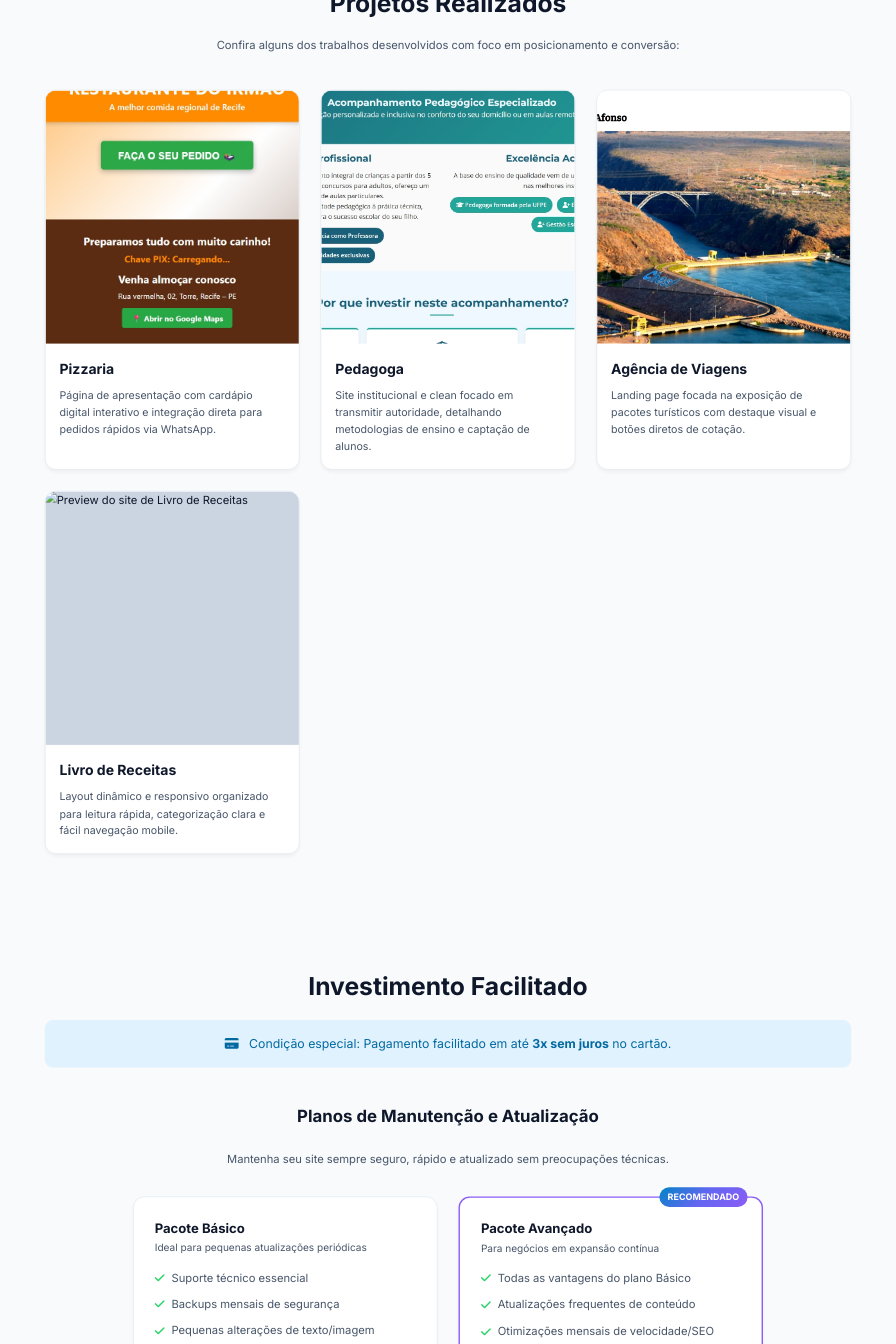
Repository: JeffRodFer/meuPortifolio
Page: index.html
The author's editor kept a copy of each file at every save. The page is drawn from the files as they stood at one save, then again after a run of saves.
The browser window is 1280 px wide. The pictures show the part of the page from y = 1873 to 3793 px (the page is 4400 px tall), at 70% of full size.

Above is the page before, as saved 2026-09-07 02:52:39.
Not found: img/projeto-mario_luigi.jpeg

### index.html
<!DOCTYPE html>
<html lang="pt-BR">
<head>
  <meta charset="UTF-8">
  <meta name="viewport" content="width=device-width, initial-scale=1.0">
  <title>Desenvolvedor Web | Soluções Digitais para Negócios Locais</title>

  <link rel="preconnect" href="https://fonts.googleapis.com">
  <link rel="preconnect" href="https://fonts.gstatic.com" crossorigin>
  <link href="https://fonts.googleapis.com/css2?family=Inter:wght@300;400;600;700;800&display=swap" rel="stylesheet">

  <link rel="stylesheet" href="https://cdnjs.cloudflare.com/ajax/libs/font-awesome/6.4.0/css/all.min.css">

  <link rel="stylesheet" href="style.css">
</head>
<body>

  <header class="header">
    <div class="container header-container">
      <div class="logo">
        <span class="developer-name">Jefferson Ferreira</span>
      </div>

      <nav class="social-nav">
        <a href="https://instagram.com" target="_blank" aria-label="Instagram"><i class="fab fa-instagram"></i></a>
        <a href="https://linkedin.com" target="_blank" aria-label="LinkedIn"><i class="fab fa-linkedin-in"></i></a>
        <a href="https://github.com" target="_blank" aria-label="GitHub"><i class="fab fa-github"></i></a>
        <a href="https://wa.me/55818986210449" target="_blank" aria-label="WhatsApp"><i class="fab fa-whatsapp"></i></a>
      </nav>
    </div>

    <section class="hero container">
      <h1 class="hero-title">Desenvolvedor Web Freelancer</h1>
      <p class="hero-subtitle">
        Criação de páginas profissionais e estratégicas para promover, valorizar e alavancar os resultados do seu negócio local.
      </p>

      <div class="cta-wrapper">
        <a href="https://wa.me/55818986210449" target="_blank" class="btn btn-primary">
          <i class="fab fa-whatsapp"></i> Fale Comigo no WhatsApp
        </a>
      </div>
    </section>
  </header>

  <section class="section about-section" id="sobre">
    <div class="container">
      <h2 class="section-title">Sobre Mim & Compromisso Profissional</h2>
      <p class="about-text">
        Atuo no desenvolvimento de sites focados em performance, design moderno e otimização para motores de busca (Google). Meu objetivo principal não é apenas entregar um site bonito, mas criar uma ferramenta de vendas eficiente que passe credibilidade, respeite prazos rígidos e traga retorno financeiro real para o seu comércio ou prestação de serviço.
      </p>

      <h3 class="subsection-title">Certificações e Qualificações</h3>
      <div class="certificates-grid">
        <div class="card certificate-card">
          <i class="fas fa-award card-icon"></i>
          <h4>Certificado 1</h4>
          <p>Formação em Análise e Desenvolvimento de Sistemas Senac.</p>
        </div>
        <div class="card certificate-card">
          <i class="fas fa-award card-icon"></i>
          <h4>Certificado 2</h4>
          <p>Otimização de Páginas, Performace para web Rocketseat.</p>
        </div>
        <div class="card certificate-card">
          <i class="fas fa-award card-icon"></i>
          <h4>Certificado 3</h4>
          <p>Boas Práticas em HTML5, CSS3 Avançado e JavaScript Moderno no DevClub.</p>
        </div>
      </div>
    </div>
  </section>

  <section class="section benefits-section">
    <div class="container">
      <h2 class="section-title">Por que seu negócio precisa de um site próprio?</h2>
      <p class="section-intro">
        Redes sociais como Instagram e TikTok são ótimas para atrair a atenção inicial, mas é o <strong>site próprio</strong> que transmite autoridade, passa segurança e fecha a venda. Na rede social você aluga um espaço; no seu site, você é dono do seu terreno.
      </p>

      <div class="benefits-grid">
        <div class="card benefit-card">
          <div class="benefit-number">01</div>
          <h3>Visibilidade Local 24/7</h3>
          <p>Seu negócio é encontrado no Google exatamente no momento em que os clientes da sua região pesquisam pelo seu produto ou serviço.</p>
        </div>
        <div class="card benefit-card">
          <div class="benefit-number">02</div>
          <h3>Credibilidade e Profissionalismo</h3>
          <p>Uma empresa com site oficial transmite mais confiança e maturidade comercial do que concorrentes que dependem apenas de perfis sociais.</p>
        </div>
        <div class="card benefit-card">
          <div class="benefit-number">03</div>
          <h3>Canal Direto de Vendas</h3>
          <p>Facilite o agendamento de atendimentos, pedidos e consultas sem depender de intermediários ou taxas de plataformas terceiras.</p>
        </div>
      </div>
    </div>
  </section>

  <section class="section portfolio-section" id="portfolio">
    <div class="container">
      <h2 class="section-title">Projetos Realizados</h2>
      <p class="section-subtitle">Confira alguns dos trabalhos desenvolvidos com foco em posicionamento e conversão:</p>

      <div class="portfolio-grid">

        <article class="portfolio-card">
          <div class="thumb-wrapper">
            <img src="img/restaurante.jpeg" alt="Preview do site de Pizzaria" class="portfolio-thumb" loading="lazy">
          </div>
          <div class="portfolio-info">
            <h3>Pizzaria</h3>
            <p>Página de apresentação com cardápio digital interativo e integração direta para pedidos rápidos via WhatsApp.</p>
          </div>
        </article>

        <article class="portfolio-card">
          <div class="thumb-wrapper">
            <img src="img/pedagoga.jpeg" alt="Preview do site de Pedagoga" class="portfolio-thumb" loading="lazy">
          </div>
          <div class="portfolio-info">
            <h3>Pedagoga</h3>
            <p>Site institucional e clean focado em transmitir autoridade, detalhando metodologias de ensino e captação de alunos.</p>
          </div>
        </article>

        <article class="portfolio-card">
          <div class="thumb-wrapper">
            <img src="img/pauloAfonso.jpeg" alt="Preview do site de Agência de Viagens" class="portfolio-thumb" loading="lazy">
          </div>
          <div class="portfolio-info">
            <h3>Agência de Viagens</h3>
            <p>Landing page focada na exposição de pacotes turísticos com destaque visual e botões diretos de cotação.</p>
          </div>
        </article>

        <article class="portfolio-card">
          <div class="thumb-wrapper">
            <img src="img/projeto-mario_luigi.jpeg" alt="Preview do site de Livro de Receitas" class="portfolio-thumb" loading="lazy">
          </div>
          <div class="portfolio-info">
            <h3>Livro de Receitas</h3>
            <p>Layout dinâmico e responsivo organizado para leitura rápida, categorização clara e fácil navegação mobile.</p>
          </div>
        </article>

      </div>
    </div>
  </section>

  <section class="section pricing-section">
    <div class="container">
      <h2 class="section-title">Investimento Facilitado</h2>

      <div class="payment-highlight">
        <i class="fas fa-credit-card"></i>
        <span>Condição especial: Pagamento facilitado em até <strong>3x sem juros</strong> no cartão.</span>
      </div>

      <h3 class="subsection-title">Planos de Manutenção e Atualização</h3>
      <p class="pricing-intro">Mantenha seu site sempre seguro, rápido e atualizado sem preocupações técnicas.</p>

      <div class="pricing-grid">
        <div class="card pricing-card">
          <h3>Pacote Básico</h3>
          <p class="plan-subtitle">Ideal para pequenas atualizações periódicas</p>
          <ul class="plan-features">
            <li><i class="fas fa-check"></i> Suporte técnico essencial</li>
            <li><i class="fas fa-check"></i> Backups mensais de segurança</li>
            <li><i class="fas fa-check"></i> Pequenas alterações de texto/imagem</li>
            <li><i class="fas fa-check"></i> Monitoramento de estabilidade</li>
          </ul>
          <a href="https://wa.me/55818986210449?text=Olá,%20tenho%20interesse%20no%20Pacote%20Básico" target="_blank" class="btn btn-secondary">Contratar Básico</a>
        </div>

        <div class="card pricing-card featured-plan">
          <div class="badge">Recomendado</div>
          <h3>Pacote Avançado</h3>
          <p class="plan-subtitle">Para negócios em expansão contínua</p>
          <ul class="plan-features">
            <li><i class="fas fa-check"></i> Todas as vantagens do plano Básico</li>
            <li><i class="fas fa-check"></i> Atualizações frequentes de conteúdo</li>
            <li><i class="fas fa-check"></i> Otimizações mensais de velocidade/SEO</li>
            <li><i class="fas fa-check"></i> Atendimento e suporte prioritário</li>
          </ul>
          <a href="https://wa.me/55818986210449?text=Olá,%20tenho%20interesse%20no%20Pacote%20Avançado" target="_blank" class="btn btn-primary">Contratar Avançado</a>
        </div>
      </div>
    </div>
  </section>

  <footer class="footer">
    <div class="container footer-container">
      <div class="footer-stat">
        <blockquote class="stat-quote">
          "Mais de 80% dos consumidores pesquisam no Google antes de realizar uma compra em um negócio local. Não ter um site é deixar clientes nas mãos dos concorrentes."
        </blockquote>
      </div>

      <div class="footer-contact">
        <p><strong>Contato Direto:</strong></p>
        <p><i class="fab fa-whatsapp"></i> WhatsApp: +55 81 8986210449</p>
      </div>

      <div class="footer-bottom">
        <p>&copy; 2026 Todos os direitos reservados. Desenvolvimento Web de Alta Performance.</p>
      </div>
    </div>
  </footer>

  <a href="https://wa.me/55818986210449" target="_blank" class="whatsapp-float" aria-label="Contato via WhatsApp">
    <i class="fab fa-whatsapp"></i>
  </a>

  <script src="script.js"></script>
</body>
</html>

### style.css
/* ==========================================================================
   RESET E VARIÁVEIS DE DESIGN
   ========================================================================== */
:root {
  /* Cores Principais (Gradiente Moderno: Navy, Roxo e Ciano) */
  --bg-dark: #0a0f1d;
  --bg-card-dark: #131b2e;
  --bg-light: #f8fafc;
  --text-dark: #0f172a;
  --text-muted: #475569;
  --text-light: #f8fafc;

  --primary-gradient: linear-gradient(135deg, #0284c7 0%, #6366f1 50%, #8b5cf6 100%);
  --accent-cyan: #06b6d4;
  --accent-purple: #8b5cf6;
  --whatsapp-color: #25d366;

  /* Sombra e Transições */
  --shadow-sm: 0 4px 6px -1px rgba(0, 0, 0, 0.05);
  --shadow-md: 0 10px 15px -3px rgba(0, 0, 0, 0.1);
  --shadow-lg: 0 20px 25px -5px rgba(0, 0, 0, 0.15);
  --transition: all 0.3s ease;
}

* {
  margin: 0;
  padding: 0;
  box-sizing: border-box;
}

html {
  scroll-behavior: smooth;
  font-family: 'Inter', sans-serif;
  background-color: var(--bg-light);
  color: var(--text-dark);
  line-height: 1.6;
}

.container {
  width: 90%;
  max-width: 1200px;
  margin: 0 auto;
}

.section {
  padding: 80px 0;
}

/* ==========================================================================
   CABEÇALHO & HERO
   ========================================================================== */
.header {
  background: var(--bg-dark);
  color: var(--text-light);
  padding: 30px 0 80px 0;
  position: relative;
  overflow: hidden;
}

.header-container {
  display: flex;
  justify-content: space-between;
  align-items: center;
  margin-bottom: 60px;
}

.developer-name {
  font-size: 1.25rem;
  font-weight: 800;
  letter-spacing: 1px;
  background: var(--primary-gradient);
  -webkit-background-clip: text;
  -webkit-text-fill-color: transparent;
}

.social-nav a {
  color: var(--text-light);
  font-size: 1.3rem;
  margin-left: 20px;
  transition: var(--transition);
}

.social-nav a:hover {
  color: var(--accent-cyan);
  transform: translateY(-3px);
}

.hero {
  text-align: center;
  max-width: 800px;
}

.hero-title {
  font-size: 2.8rem;
  font-weight: 800;
  line-height: 1.2;
  margin-bottom: 20px;
}

.hero-subtitle {
  font-size: 1.2rem;
  color: #94a3b8;
  margin-bottom: 40px;
}

.cta-wrapper {
  display: flex;
  justify-content: center;
}

/* Botões */
.btn {
  display: inline-flex;
  align-items: center;
  gap: 10px;
  padding: 16px 32px;
  border-radius: 50px;
  font-weight: 700;
  text-decoration: none;
  transition: var(--transition);
  cursor: pointer;
  border: none;
}

.btn-primary {
  background: var(--primary-gradient);
  color: #fff;
  box-shadow: 0 10px 20px rgba(99, 102, 241, 0.3);
}

.btn-primary:hover {
  transform: translateY(-3px);
  box-shadow: 0 15px 25px rgba(99, 102, 241, 0.4);
}

.btn-secondary {
  background: transparent;
  border: 2px solid var(--accent-purple);
  color: var(--text-dark);
}

.btn-secondary:hover {
  background: var(--accent-purple);
  color: #fff;
}

/* ==========================================================================
   SEÇÃO SOBRE & CERTIFICADOS
   ========================================================================== */
.section-title {
  font-size: 2.2rem;
  font-weight: 700;
  text-align: center;
  margin-bottom: 20px;
}

.about-text {
  max-width: 800px;
  margin: 0 auto 50px auto;
  text-align: center;
  color: var(--text-muted);
  font-size: 1.1rem;
}

.subsection-title {
  font-size: 1.5rem;
  text-align: center;
  margin-bottom: 30px;
}

.certificates-grid {
  display: grid;
  grid-template-columns: repeat(auto-fit, minmax(280px, 1fr));
  gap: 25px;
}

.card {
  background: #ffffff;
  padding: 30px;
  border-radius: 16px;
  box-shadow: var(--shadow-sm);
  border: 1px solid #e2e8f0;
  transition: var(--transition);
}

.card:hover {
  transform: translateY(-5px);
  box-shadow: var(--shadow-md);
}

.certificate-card {
  text-align: center;
}

.card-icon {
  font-size: 2.5rem;
  color: var(--accent-purple);
  margin-bottom: 15px;
}

/* ==========================================================================
   MERCHAN & BENEFÍCIOS
   ========================================================================== */
.benefits-section {
  background: var(--bg-dark);
  color: var(--text-light);
}

.benefits-section .section-title {
  color: #fff;
}

.section-intro {
  text-align: center;
  max-width: 800px;
  margin: 0 auto 50px auto;
  color: #94a3b8;
}

.benefits-grid {
  display: grid;
  grid-template-columns: repeat(auto-fit, minmax(300px, 1fr));
  gap: 30px;
}

.benefit-card {
  background: var(--bg-card-dark);
  border: 1px solid #1e293b;
  position: relative;
}

.benefit-number {
  font-size: 2.5rem;
  font-weight: 800;
  background: var(--primary-gradient);
  -webkit-background-clip: text;
  -webkit-text-fill-color: transparent;
  margin-bottom: 10px;
}

.benefit-card h3 {
  color: #fff;
  margin-bottom: 15px;
}

.benefit-card p {
  color: #94a3b8;
}

/* ==========================================================================
   PORTFÓLIO (CSS GRID RESPONSIVO: 3 COLUNAS DESKTOP)
   ========================================================================== */
.portfolio-section {
  background: var(--bg-light);
}

.section-subtitle {
  text-align: center;
  color: var(--text-muted);
  margin-bottom: 50px;
}

.portfolio-grid {
  display: grid;
  grid-template-columns: repeat(3, 1fr); /* 3 Colunas no Desktop */
  gap: 30px;
}

.portfolio-card {
  background: #fff;
  border-radius: 16px;
  overflow: hidden;
  box-shadow: var(--shadow-sm);
  border: 1px solid #e2e8f0;
  transition: var(--transition);
}

.portfolio-card:hover {
  transform: translateY(-8px);
  box-shadow: var(--shadow-lg);
}

.thumb-wrapper {
  width: 100%;
  aspect-ratio: 1 / 1; /* Proporção 1:1 (Quadrada) */
  background: #cbd5e1;
  overflow: hidden;
}

.portfolio-thumb {
  width: 100%;
  height: 100%;
  object-fit: cover;
  transition: var(--transition);
}

.portfolio-card:hover .portfolio-thumb {
  transform: scale(1.05);
}

.portfolio-info {
  padding: 20px;
}

.portfolio-info h3 {
  font-size: 1.25rem;
  margin-bottom: 10px;
}

.portfolio-info p {
  color: var(--text-muted);
  font-size: 0.95rem;
}

/* ==========================================================================
   PREÇOS & MENSALIDADES
   ========================================================================== */
.payment-highlight {
  display: flex;
  align-items: center;
  justify-content: center;
  gap: 15px;
  background: #e0f2fe;
  color: #0369a1;
  padding: 20px;
  border-radius: 12px;
  font-size: 1.1rem;
  margin-bottom: 50px;
  text-align: center;
}

.pricing-intro {
  text-align: center;
  color: var(--text-muted);
  margin-bottom: 40px;
}

.pricing-grid {
  display: grid;
  grid-template-columns: repeat(auto-fit, minmax(300px, 1fr));
  gap: 30px;
  max-width: 900px;
  margin: 0 auto;
}

.pricing-card {
  position: relative;
  display: flex;
  flex-direction: column;
}

.featured-plan {
  border: 2px solid var(--accent-purple);
}

.badge {
  position: absolute;
  top: -15px;
  right: 20px;
  background: var(--primary-gradient);
  color: #fff;
  padding: 4px 12px;
  border-radius: 20px;
  font-size: 0.8rem;
  font-weight: 700;
  text-transform: uppercase;
}

.plan-subtitle {
  color: var(--text-muted);
  font-size: 0.9rem;
  margin-bottom: 20px;
}

.plan-features {
  list-style: none;
  margin-bottom: 30px;
  flex-grow: 1;
}

.plan-features li {
  margin-bottom: 12px;
  color: var(--text-muted);
  display: flex;
  align-items: center;
  gap: 10px;
}

.plan-features i {
  color: var(--whatsapp-color);
}

/* ==========================================================================
   RODAPÉ
   ========================================================================== */
.footer {
  background: var(--bg-dark);
  color: var(--text-light);
  padding: 60px 0 30px 0;
  text-align: center;
}

.stat-quote {
  font-size: 1.2rem;
  font-style: italic;
  max-width: 800px;
  margin: 0 auto 40px auto;
  color: #94a3b8;
  border-left: 4px solid var(--accent-cyan);
  padding-left: 20px;
  text-align: left;
}

.footer-contact {
  margin-bottom: 40px;
  font-size: 1.1rem;
}

.footer-bottom {
  border-top: 1px solid #1e293b;
  padding-top: 20px;
  font-size: 0.85rem;
  color: #64748b;
}

/* ==========================================================================
   BOTÃO FLUTUANTE WHATSAPP (CANTO INFERIOR DIREITO)
   ========================================================================== */
.whatsapp-float {
  position: fixed;
  bottom: 25px;
  right: 25px;
  width: 60px;
  height: 60px;
  background-color: var(--whatsapp-color);
  color: #fff;
  border-radius: 50%;
  display: flex;
  align-items: center;
  justify-content: center;
  font-size: 32px;
  box-shadow: 0 10px 20px rgba(0, 0, 0, 0.2);
  z-index: 999; /* Configurado para ficar acima, mas sem ocultar a leitura central */
  transition: var(--transition);
  text-decoration: none;
}

.whatsapp-float:hover {
  transform: scale(1.1);
  box-shadow: 0 15px 25px rgba(37, 211, 102, 0.4);
}

/* ==========================================================================
   RESPONSIVIDADE (MOBILE-FIRST BREAKPOINTS)
   ========================================================================== */
@media (max-width: 992px) {
  .portfolio-grid {
    grid-template-columns: repeat(2, 1fr); /* 2 Colunas em Tablets */
  }
}

@media (max-width: 768px) {
  .hero-title {
    font-size: 2rem;
  }

  .portfolio-grid {
    grid-template-columns: 1fr; /* 1 Coluna em Dispositivos Móveis */
  }

  .header-container {
    flex-direction: column;
    gap: 20px;
  }

  .stat-quote {
    text-align: center;
    border-left: none;
    padding-left: 0;
  }
}

### script.js
document.addEventListener('DOMContentLoaded', () => {
  // Efeito suave de rolagem (Smooth Scroll) para links internos
  const internalLinks = document.querySelectorAll('a[href^="#"]');

  internalLinks.forEach(link => {
    link.addEventListener('click', function (e) {
      e.preventDefault();
      const targetId = this.getAttribute('href');
      const targetElement = document.querySelector(targetId);

      if (targetElement) {
        targetElement.scrollIntoView({
          behavior: 'smooth',
          block: 'start'
        });
      }
    });
  });

  // Animação sutil de entrada ao rolar a página (Intersection Observer)
  const observerOptions = {
    threshold: 0.1
  };

  const observer = new IntersectionObserver((entries) => {
    entries.forEach(entry => {
      if (entry.isIntersecting) {
        entry.target.style.opacity = '1';
        entry.target.style.transform = 'translateY(0)';
      }
    });
  }, observerOptions);

  // Aplica opacidade e transição para os cards
  const cards = document.querySelectorAll('.card, .portfolio-card');
  cards.forEach(card => {
    card.style.opacity = '0';
    card.style.transform = 'translateY(20px)';
    card.style.transition = 'opacity 0.6s ease, transform 0.6s ease';
    observer.observe(card);
  });
});

After the next 2 saves:
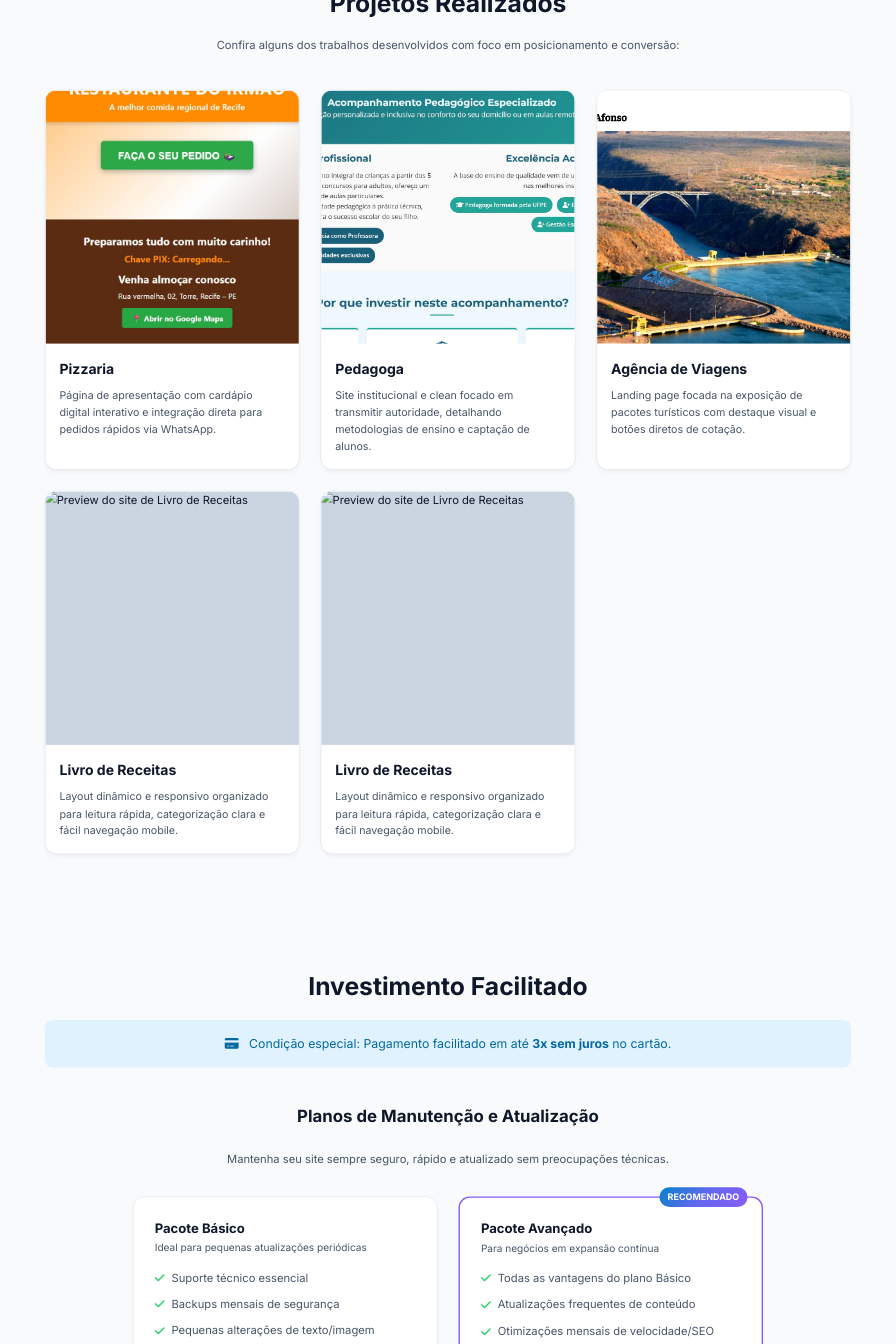
The 2 saves are shown as one change because they came seconds apart.
The last was saved 29 s later.
--- a/index.html
+++ b/index.html
@@ -132,6 +132,16 @@
           <div class="portfolio-info">
             <h3>Agência de Viagens</h3>
             <p>Landing page focada na exposição de pacotes turísticos com destaque visual e botões diretos de cotação.</p>
+          </div>
+        </article>
+
+        <article class="portfolio-card">
+          <div class="thumb-wrapper">
+            <img src="img/projeto-mario_luigi.jpeg" alt="Preview do site de Livro de Receitas" class="portfolio-thumb" loading="lazy">
+          </div>
+          <div class="portfolio-info">
+            <h3>Livro de Receitas</h3>
+            <p>Layout dinâmico e responsivo organizado para leitura rápida, categorização clara e fácil navegação mobile.</p>
           </div>
         </article>
 
